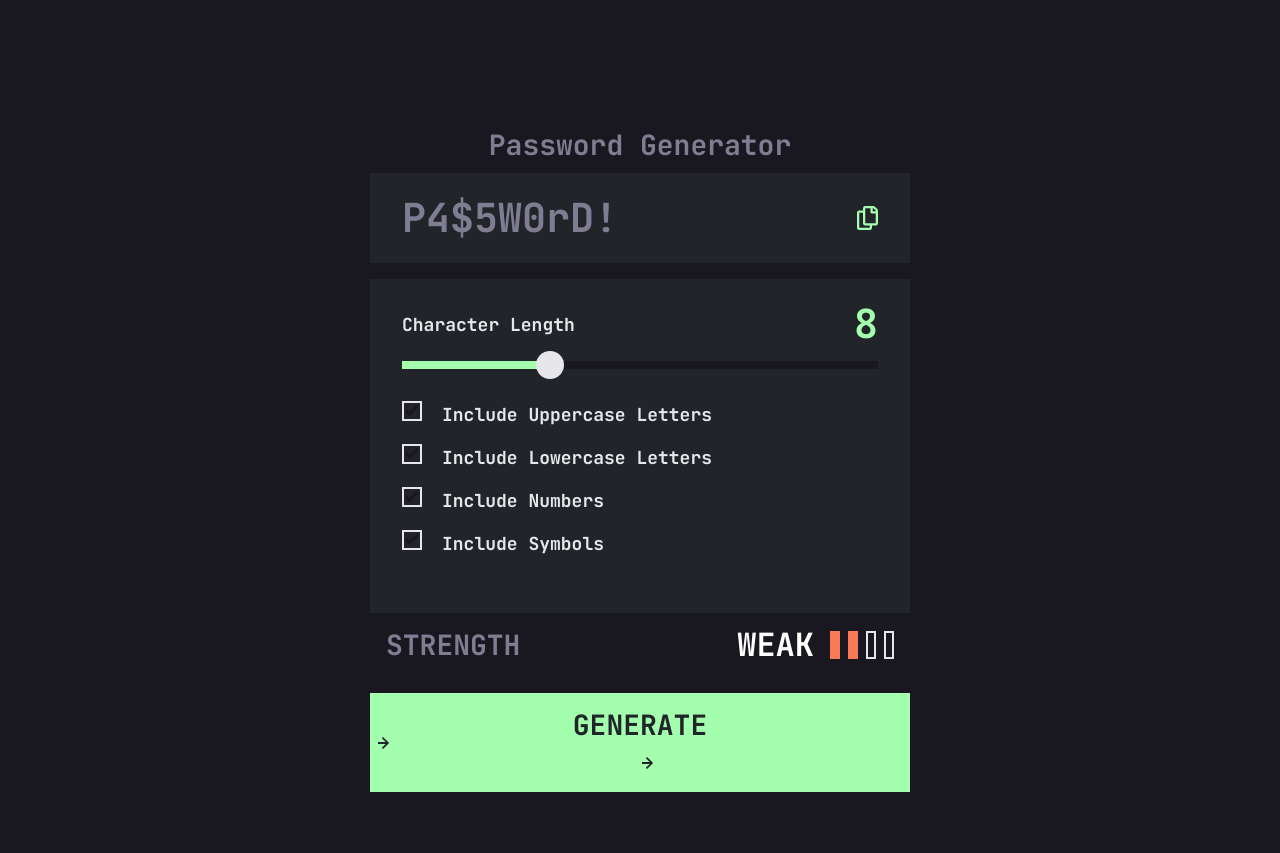
Repository: blordeus/password-generator-app
Page: starter-code/index.html
The author's editor kept a copy of each file at every save. The page is drawn from the files as they stood at one save, then again after the next save.
The browser window is 1280 px wide. The pictures show the whole page.

Above is the page before, as saved 2023-10-05 20:47:06.

### starter-code/index.html
<!DOCTYPE html>
<html lang="en">
<head>
  <meta charset="UTF-8">
  <meta name="viewport" content="width=device-width, initial-scale=1.0">
  <link href="https://cdn.jsdelivr.net/npm/bootstrap@5.3.2/dist/css/bootstrap.min.css" rel="stylesheet" integrity="sha384-T3c6CoIi6uLrA9TneNEoa7RxnatzjcDSCmG1MXxSR1GAsXEV/Dwwykc2MPK8M2HN" crossorigin="anonymous">
  <script src="https://cdn.jsdelivr.net/npm/bootstrap@5.3.2/dist/js/bootstrap.bundle.min.js" integrity="sha384-C6RzsynM9kWDrMNeT87bh95OGNyZPhcTNXj1NW7RuBCsyN/o0jlpcV8Qyq46cDfL" crossorigin="anonymous" defer></script>
  <script src="index.js" defer></script>
  <link rel="icon" type="image/png" sizes="32x32" href="./assets/images/favicon-32x32.png">
  <link rel="stylesheet" href="./assets/style.css">
  <link href="https://fonts.googleapis.com/css2?family=JetBrains+Mono:wght@700&display=swap" rel="stylesheet">
  <title>Frontend Mentor | Password generator app</title>
</head>
<body class="bg-dar">
<main class="main">

    <h1 class="fs-3 title text-grey">Password Generator</h1>

    <div class="field bg-dark fs-1 flex">
      <p id="fieldText" class="fieldText text-grey">P4$5W0rD!</p>
      <div class="copy flex">
        <p id="copyMsg" class="fs-3 uppercase text-green">copied</p>
        <img id="copyIcon" class="copyIcon" src="./assets/images/icon-copy.svg" alt="">
      </div>
    </div>

    <div class="options bg-dark">
      <label for="slider" class="sliderLabel flex">Character Length <span class="sliderValue fs-1 text-green" id="sliderValue"></span></label>
      <input type="range" class="slider" name="slider" id="slider" min="5" max="15" value="8">
      <div class="checkboxes flex">
        <label for="inclUppercase" class="checkboxLabel" id="inclUppercase">
          <input type="checkbox" name="inclUppercase" id="inclUppercase">
          Include Uppercase Letters
          <span class="checkmark"><img src="./assets/images/icon-check.svg" alt="checked-icon"></span>
        </label>
        <label for="" class="checkboxLabel">
          <input type="checkbox" name="inclLowercase" id="inclLowercase">
          Include Lowercase Letters
          <span class="checkmark"><img src="./assets/images/icon-check.svg" alt="checked-icon"></span>
        </label>
        <label for="" class="checkboxLabel">
          <input type="checkbox" name="inclNumbers" id="inclNumbers">
          Include Numbers
          <span class="checkmark"><img src="./assets/images/icon-check.svg" alt="checked-icon"></span>
        </label>
        <label for="" class="checkboxLabel">
          <input type="checkbox" name="inclSymbols" id="inclSymbols">
          Include Symbols
          <span class="checkmark"><img src="./assets/images/icon-check.svg" alt="checked-icon"></span>
        </label>

      </div>

    </div>
    <div class="strength flex">
      <h2 class="fs-3 text-grey uppercase">Strength</h2>
      <div class="strengthLvl flex">
        <p class="fs-2 text-white uppercase" id="levelTxt">weak</p>
        <div id="bar1" class="bars bar1"></div>
        <div id="bar2" class="bars bar2"></div>
        <div id="bar3" class="bars bar3"></div>
        <div id="bar4" class="bars bar4"></div>
      </div>
    </div>

    <div class="flex">
      <button id="generateBtn" class="uppercase fs-3 bg-green text-dark button">
        <p>Generate</p>
        <img src="./assets/images/icon-arrow-right.svg" alt="">
        <svg width="12" height="12" xmlns="http://www.w3.org/2000/svg"><path fill="#24232C" d="m5.106 12 6-6-6-6-1.265 1.265 3.841 3.84H.001v1.79h7.681l-3.841 3.84z"/></svg></button>
    </div>

    <p id="alert" class="fs-3 alert">Please select one or more options</p>
</main>

</body>
</html>

### starter-code/assets/style.css
/* ------------------- */
/* Custom properties   */
/* ------------------- */

:root {
    /* colors */
    --clr-darkGrey: 248 10% 15%;
    --clr-grey: 251 9% 53%;
    --clr-almostWhite: 252 11% 91%;
    --clr-veryDarkGrey: 248 15% 11%;
    --clr-neonGreen: 127 100% 82%;
    --clr-red: 0 91% 63%;
    --clr-orange: 13 95% 66%;
    --clr-yellow: 42 91% 68%;

    /* font-sizes */
    --fs-1: 1.5rem;
    --fs-2: 1.125rem;
    --fs-3: 1rem;
  }

  @media (min-width: 35em) {
    :root {
      --fs-1: 2rem;
      --fs-2: 1.5rem;
      --fs-3: 1.125rem;
    }
  }

  /* ------------------- */
  /* Reset               */
  /* ------------------- */

  /* https://piccalil.li/blog/a-modern-css-reset/ */

  /* Box sizing */
  *,
  *::before,
  *::after {
    box-sizing: border-box;
  }

  /* Reset margins */
  body,
  h1,
  h2,
  h3,
  h4,
  h5,
  p,
  figure,
  picture {
    margin: 0;
  }

  h1,
  h2,
  h3,
  h4,
  h5,
  h6,
  p {
    font-weight: 400;
  }

  /* set up the body */
  body {
    font-family: "JetBrains Mono", monospace;
    font-size: var(--fs-3);
    font-weight: 700;
    color: hsl(var(--clr-almostWhite));
    background-color: hsl(var(--clr-veryDarkGrey));
    min-height: 100vh;

    overflow-x: hidden;
  }

  /* make images easier to work with */
img,
picture {
  max-width: 100%;
  display: block;
}

/* make form elements easier to work with */
input,
button,
textarea,
select {
  font: inherit;
}

/* Utility classes     */
/* ------------------- */

/* general */

.flex {
    display: flex;
  }

  .grid {
    display: grid;
  }

  .d-block {
    display: block;
  }

  .flow > *:where(:not(:first-child)) {
    margin-top: var(--flow-space, 1rem);
  }

  .sr-only {
    position: absolute;
    width: 1px;
    height: 1px;
    padding: 0;
    margin: -1px;
    overflow: hidden;
    clip: rect(0, 0, 0, 0);
    white-space: nowrap; /* added line */
    border: 0;
  }


/* colors */

.bg-veryDark {
    background-color: hsl(var(--clr-veryDarkGrey));
  }
  .bg-dark {
    background-color: hsl(var(--clr-darkGrey));
  }
  .bg-white {
    background-color: hsl(var(--clr-almostWhite));
  }
  .bg-green {
    background-color: hsl(var(--clr-neonGreen));
  }
  .bg-yellow {
    background-color: hsl(var(--clr-yellow));
  }
  .bg-orange {
    background-color: hsl(var(--clr-orange));
  }
  .bg-red {
    background-color: hsl(var(--clr-red));
  }

  .text-grey {
    color: hsl(var(--clr-grey));
  }
  .text-white {
    color: hsl(var(--clr-almostWhite));
  }
  .text-dark {
    color: hsl(var(--clr-darkGrey));
  }
  .text-green {
    color: hsl(var(--clr-neonGreen));
  }
  .text-red {
    color: hsl(var(--clr-red));
  }

/* typography */

.uppercase {
    text-transform: uppercase;
  }

  .fs-1 {
    font-size: var(--fs-1);
    line-height: 2rem;
  }

  .fs-2 {
    font-size: var(--fs-2);
    line-height: 1.485rem;
  }

  .fs-3 {
    font-size: var(--fs-3);
    line-height: 1.32rem;
  }

  @media (min-width: 35em) {
    .fs-1 {
      line-height: 2.64rem;
    }

    .fs-2 {
      line-height: 1.98rem;
    }

    .fs-3 {
      line-height: 1.485rem;
    }
  }

  /*     Layout     */
/* -------------- */

.main {
    margin-top: 4rem;
    margin-inline: 1rem;
  }

  @media (min-width: 35em) {
    .main {
      max-width: 33.75rem;
      margin-top: 8.3125rem;
      margin-inline: auto;
    }
  }

  .title {
    text-align: center;
    margin-block: 0;
    margin-bottom: 1rem;
  }

  .field {
    padding: 1rem;
    justify-content: space-between;
    align-items: center;
    margin-bottom: 1rem;
  }

  @media (min-width: 35em) {
    .field {
      padding: 1.5rem 2rem;
    }
  }

  .copy {
    gap: 1rem;
    align-items: center;
  }

  #copyMsg {
    display: none;
  }

  .copyIcon:hover {
    cursor: pointer;
  }

  .copyIcon:hover .copyIconPath {
    fill: white;
  }

  .options {
    padding: 1rem;
  }

  @media (min-width: 35em) {
    .options {
      padding: 1.5rem 2rem;
    }
  }

  .sliderLabel {
    justify-content: space-between;
    align-items: center;
  }

  .slider {
    width: 100%;
    margin-top: 1rem;
    margin-bottom: 2rem;
  }

  input[type="range"] {
    -webkit-appearance: none;
    background: hsl(var(--clr-veryDarkGrey));
    accent-color: white;
    cursor: pointer;
    height: 8px;
    background-image: linear-gradient(
      hsl(var(--clr-neonGreen)),
      hsl(var(--clr-neonGreen))
    );
    background-size: 30% 100%;
    background-repeat: no-repeat;
  }

  input[type="range"]::-webkit-slider-thumb {
    height: 28px;
    width: 28px;
    background: hsl(var(--clr-almostWhite));
    -webkit-appearance: none;
    border-radius: 14px;
  }

  input[type="range"]:hover::-webkit-slider-thumb {
    background: hsl(var(--clr-veryDarkGrey));
    border: 2px solid hsl(var(--clr-neonGreen));
    -webkit-appearance: none;
  }

  .checkboxes {
    flex-direction: column;
    gap: 1rem;
    margin-bottom: 2rem;
  }

  /* Customize the label (the container) */
  .checkboxLabel {
    display: block;
    position: relative;
    padding-left: 2.5rem;
    cursor: pointer;
    -webkit-user-select: none;
    -moz-user-select: none;
    -ms-user-select: none;
    user-select: none;
  }

  /* Hide the browser's default checkbox */
  .checkboxLabel input {
    position: absolute;
    opacity: 0;
    cursor: pointer;
    height: 0;
    width: 0;
  }

  /* Create a custom checkbox */
  .checkmark {
    position: absolute;
    top: 0;
    left: 0;
    height: 20px;
    width: 20px;
    background-color: hsl(var(--clr-darkGrey));
    border: 2px solid hsl(var(--clr-almostWhite));
    display: flex;
    justify-content: center;
    align-items: center;
  }

  /* On mouse-over, add a background color */
  .checkboxLabel:hover input ~ .checkmark {
    border-color: hsl(var(--clr-neonGreen));
  }

  /* When the checkbox is checked, add a background */
  .checkboxLabel input:checked ~ .checkmark {
    background-color: hsl(var(--clr-neonGreen));
    border-color: hsl(var(--clr-neonGreen));
  }

  /* Create the checkmark/indicator (hidden when not checked) */
  .checkmark:after {
    content: "";
    position: absolute;
    display: none;
  }

  /* Show the checkmark when checked */
  .checkboxLabel input:checked ~ .checkmark:after {
    display: block;
  }

  .strength {
    background-color: hsl(var(--clr-veryDarkGrey));
    padding: 1rem;
    justify-content: space-between;
    align-items: center;
    margin-bottom: 1rem;
  }

  .strengthLvl {
    align-items: center;
  }

  .strengthLvl p {
    margin-right: 0.5rem;
  }

  .bars {
    width: 10px;
    height: 28px;
    border: 2px solid hsl(var(--clr-almostWhite));
    margin-left: 0.5rem;
  }

  .button {
    width: 100%;
    padding-top: 1.125rem;
    padding-bottom: 1.125rem;
    border: 2px solid hsl(var(--clr-neonGreen));
  }

  .button:hover {
    background-color: hsl(var(--clr-darkGrey));
    color: hsl(var(--clr-neonGreen));
    cursor: pointer;
  }

  .button:hover p {
    color: hsl(var(--clr-neonGreen));
  }

  .button svg {
    margin-left: 1rem;
  }

  .button:hover path {
    fill: hsl(var(--clr-neonGreen));
  }

  .alert {
    display: none;
    text-align: center;
    color: hsl(var(--clr-red));
  }

  /*  Level Classes */

  .tooWeak {
    background-color: hsl(var(--clr-red));
    border: 2px solid hsl(var(--clr-red));
  }

  .weak {
    background-color: hsl(var(--clr-orange));
    border: 2px solid hsl(var(--clr-orange));
  }

  .medium {
    background-color: hsl(var(--clr-yellow));
    border: 2px solid hsl(var(--clr-yellow));
  }

  .strong {
    background-color: hsl(var(--clr-neonGreen));
    border: 2px solid hsl(var(--clr-neonGreen));
  }

### starter-code/index.js
const sliderValue = document.getElementById("sliderValue");
const slider = document.getElementById("slider");
const rangeInputs = document.querySelectorAll('input[type="range"]');
const bar1 = document.getElementById("bar1");
const bar2 = document.getElementById("bar2");
const bar3 = document.getElementById("bar3");
const bar4 = document.getElementById("bar4");

/* slider */
sliderValue.innerHTML = slider.value;
bar1.classList.add("weak");
bar2.classList.add("weak");

slider.oninput = function () {
  sliderValue.innerHTML = this.value;

  /* Strength */

  const levelTxt = document.getElementById("levelTxt");

  if (slider.value < 7) {
    levelTxt.innerHTML = "too weak!";
    bar1.classList.remove("tooWeak", "weak", "medium", "strong");
    bar2.classList.remove("tooWeak", "weak", "medium", "strong");
    bar3.classList.remove("tooWeak", "weak", "medium", "strong");
    bar4.classList.remove("tooWeak", "weak", "medium", "strong");
    bar1.classList.remove("weak");
    bar1.classList.add("tooWeak");
  }

  if (slider.value < 9 && slider.value >= 7) {
    levelTxt.innerHTML = "weak";
    bar1.classList.remove("tooWeak", "weak", "medium", "strong");
    bar2.classList.remove("tooWeak", "weak", "medium", "strong");
    bar3.classList.remove("tooWeak", "weak", "medium", "strong");
    bar4.classList.remove("tooWeak", "weak", "medium", "strong");
    bar1.classList.add("weak");
    bar2.classList.add("weak");
  }

  if (slider.value < 11 && slider.value >= 9) {
    levelTxt.innerHTML = "medium";
    bar1.classList.remove("tooWeak", "weak", "medium", "strong");
    bar2.classList.remove("tooWeak", "weak", "medium", "strong");
    bar3.classList.remove("tooWeak", "weak", "medium", "strong");
    bar4.classList.remove("tooWeak", "weak", "medium", "strong");
    bar1.classList.add("medium");
    bar2.classList.add("medium");
    bar3.classList.add("medium");
  }

  if (slider.value >= 11) {
    levelTxt.innerHTML = "strong";
    bar1.classList.remove("tooWeak", "weak", "medium", "strong");
    bar2.classList.remove("tooWeak", "weak", "medium", "strong");
    bar3.classList.remove("tooWeak", "weak", "medium", "strong");
    bar4.classList.remove("tooWeak", "weak", "medium", "strong");
    bar1.classList.add("strong");
    bar2.classList.add("strong");
    bar3.classList.add("strong");
    bar4.classList.add("strong");
  }
};

function handleInputChange(e) {
  let target = e.target;

  const min = target.min;
  const max = target.max;
  const val = target.value;

  target.style.backgroundSize = ((val - min) * 100) / (max - min) + "% 100%";
}

rangeInputs.forEach((input) => {
  input.addEventListener("input", handleInputChange);
});

/*    Copy to clipboard */
const copyIcon = document.getElementById("copyIcon");
const copyMsg = document.getElementById("copyMsg");

copyIcon.addEventListener("click", copyField);

function copyField() {
  /* Get the text field */
  var copyText = document.getElementById("fieldText").innerHTML;

  /* Copy the text inside the text field */
  navigator.clipboard.writeText(copyText);

  copyMsg.style.display = "initial";
}

/* Generate Password */

const generateBtn = document.getElementById("generateBtn");
generateBtn.addEventListener("click", generate);
const fieldText = document.getElementById("fieldText");

function generate(length) {
  const uppercase = document.getElementById("inclUppercase");
  const lowercase = document.getElementById("inclLowercase");
  const numbers = document.getElementById("inclNumber");
  const symbols = document.getElementById("inclSymbol");
  const alert = document.getElementById("alert");

  if (
    uppercase.checked === false &&
    lowercase.checked === false &&
    numbers.checked === false &&
    symbols.checked === false
  ) {
    alert.style.display = "block";
  } else {
    const uppercaseChars = "ABCDEFGHIJKLMNOPQRSTUVWXYZ";
    const lowercaseChars = "abcdefghijklmnopqrstuvwxyz";
    const numbersChars = "0123456789";
    const symbolsChars = "@#&(§!-)^$*%+=/?";

    let chars = "";
    var length = slider.value;

    if (uppercase.checked === true) {
      chars += uppercaseChars;
    }
    if (lowercase.checked === true) {
      chars += lowercaseChars;
    }
    if (numbers.checked === true) {
      chars += numbersChars;
    }
    if (symbols.checked === true) {
      chars += symbolsChars;
    }

    let password = "";
    let passwordLength = length;
    const array = new Uint32Array(length); // Create 'unsigned' array
    window.crypto.getRandomValues(array);
    for (let i = 0; i < passwordLength; i++) {
      password += chars[array[i] % chars.length]; // % operator returns remainder of division
    }

    fieldText.innerHTML = password;
    fieldText.style.color = "hsl( var(--clr-almostWhite) )";
    copyMsg.style.display = "none";
    alert.style.display = "none";

    return password;
  }
}

After the next save:
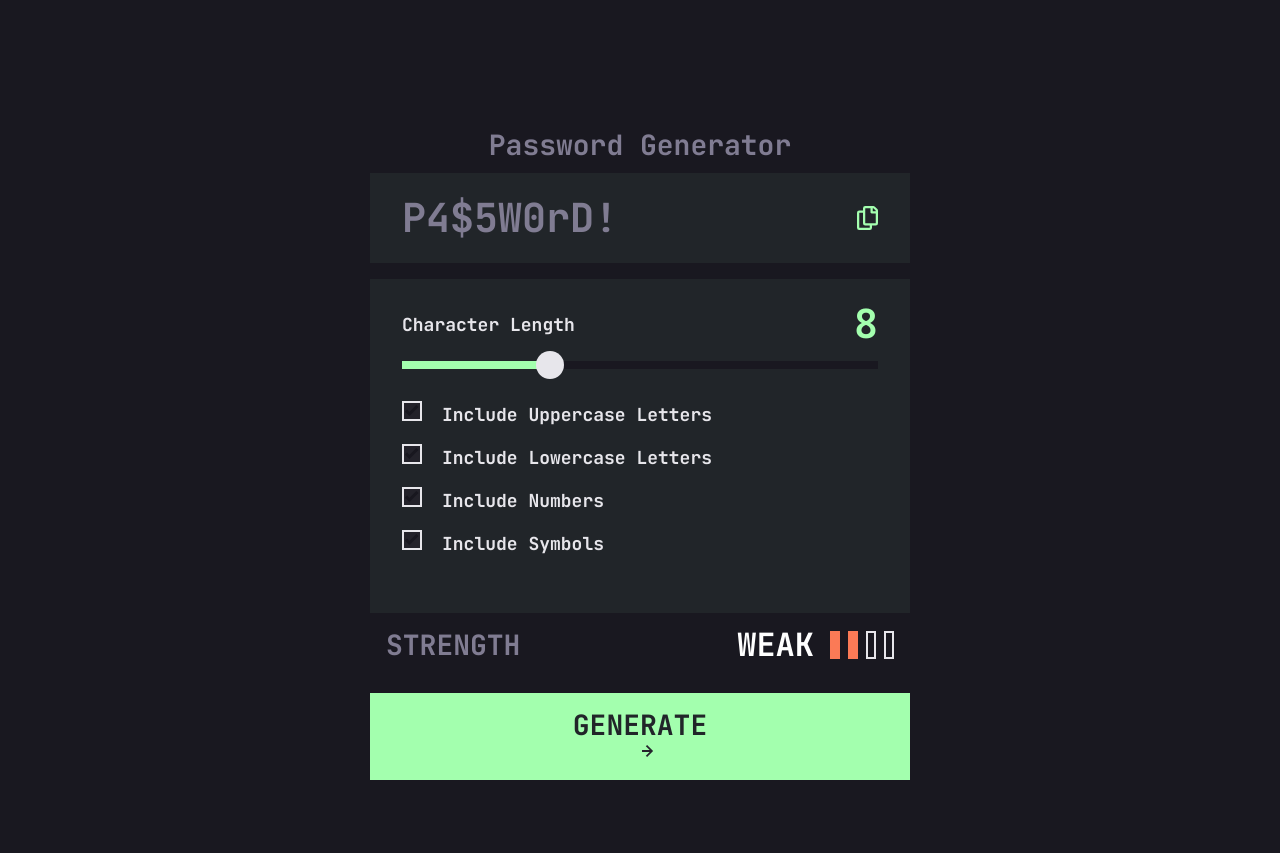
Saved 11 s later.
--- a/starter-code/index.html
+++ b/starter-code/index.html
@@ -66,7 +66,6 @@
     <div class="flex">
       <button id="generateBtn" class="uppercase fs-3 bg-green text-dark button">
         <p>Generate</p>
-        <img src="./assets/images/icon-arrow-right.svg" alt="">
         <svg width="12" height="12" xmlns="http://www.w3.org/2000/svg"><path fill="#24232C" d="m5.106 12 6-6-6-6-1.265 1.265 3.841 3.84H.001v1.79h7.681l-3.841 3.84z"/></svg></button>
     </div>
 
